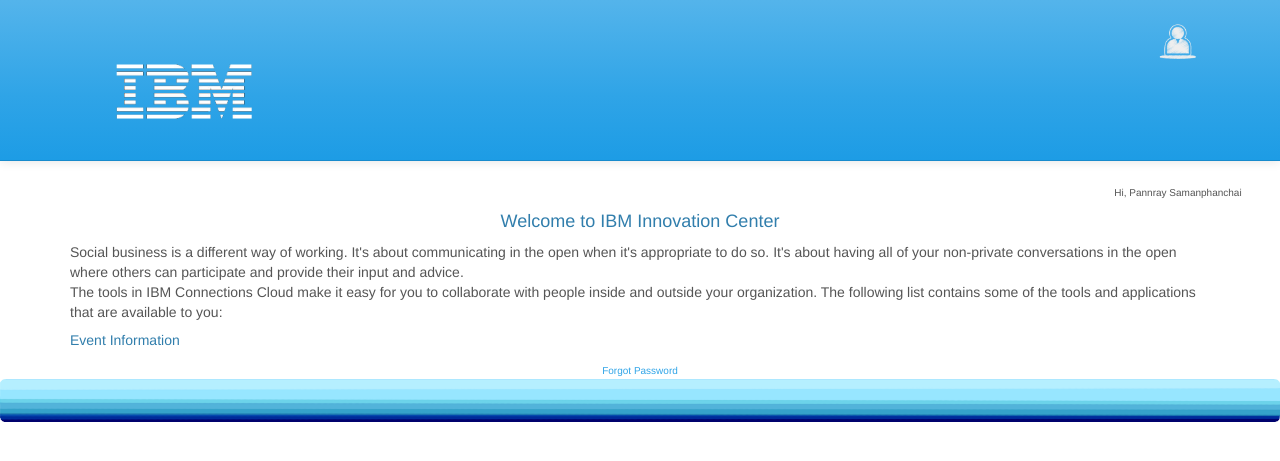
Repository: InnovationCenterOrg/InnovationCustomer
Page: http://localhost/InnovationCustomer/view/test.jsp
These files come from the project's save history. The page is drawn as it stood at one moment and after the next save; the edit follows.
The browser window is 1280 px wide. The pictures show the whole page.
Some web libraries are served in a nearby version. The page is served by Tomcat 9.

Above is the page before, as saved 2016-03-03 04:27:05.

After the next save:
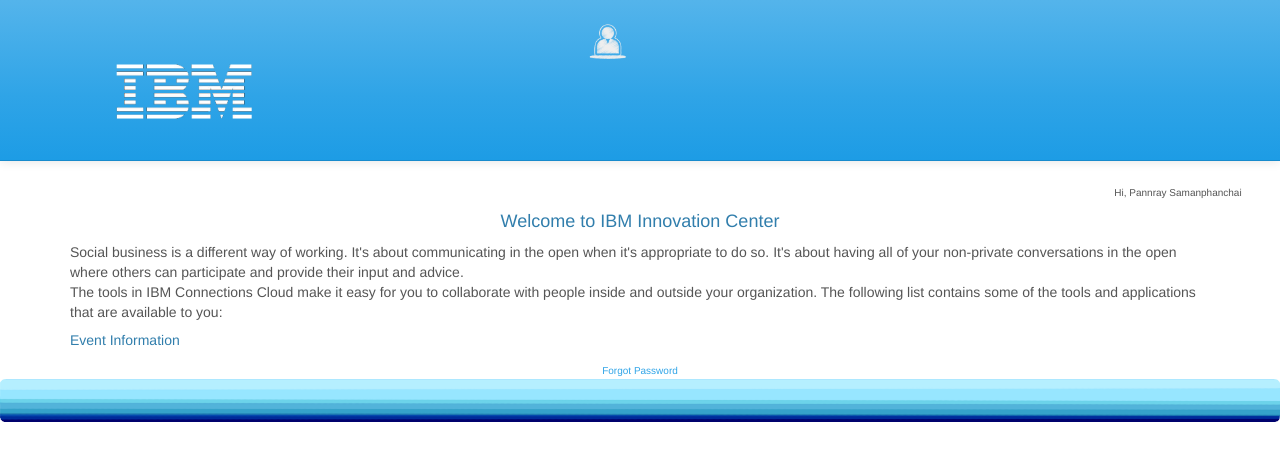
Saved 44 s later.
--- a/InnovationCustomer/WebContent/view/test.jsp
+++ b/InnovationCustomer/WebContent/view/test.jsp
@@ -23,7 +23,7 @@
 				<img style="margin-top: 2%;" align="left" class="img-responsive" src="logo-ibm-white.png" width="20%" height="20%"/>
 			</a>
 			</div>
-			<div align="right" style="width: 100%;">
+			<div align="right" style="width: 50%;">
 			  	<a class="btn dropdown-toggle" data-toggle="dropdown" href="#">
 			    	<img style="margin-top: 5%" align="right" class="img-responsive" src="profile_icon_3.ico" width="15%" height="15%"/>
 			 	 </a>
